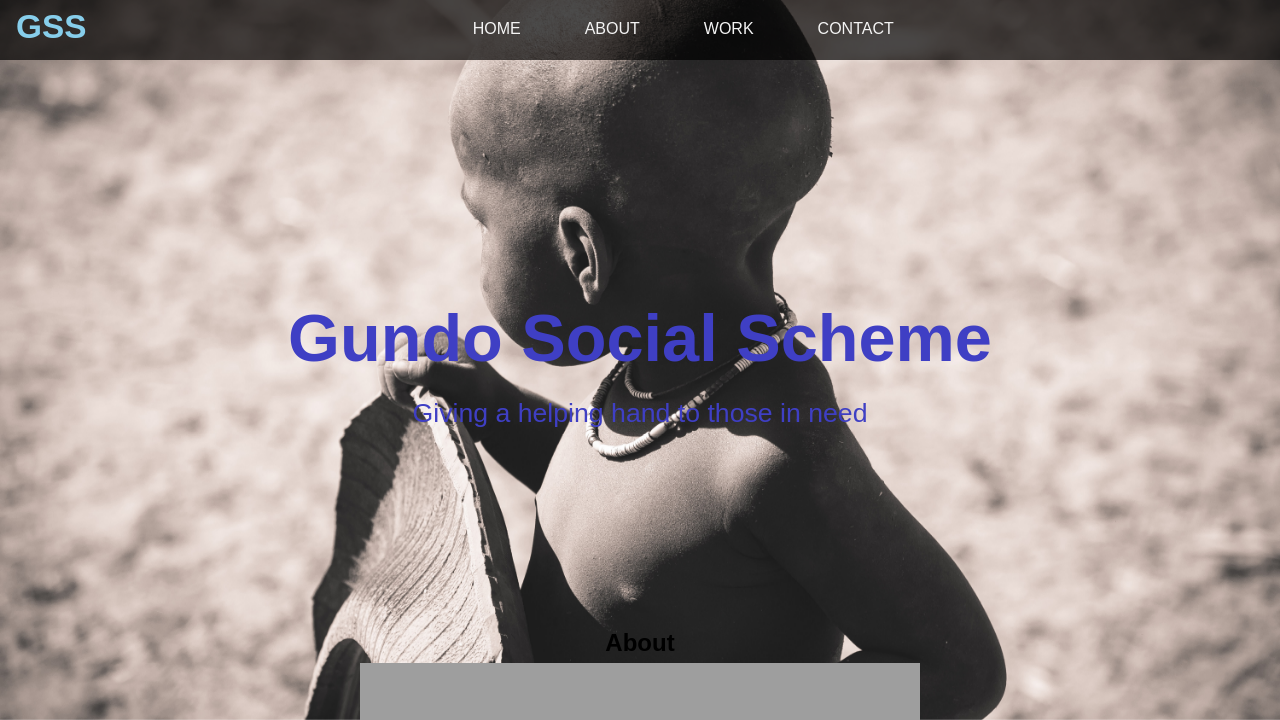
Repository: blessingNtoko/gss-basic_website
Page: index.html
These files come from the project's save history. The page is drawn as it stood at one moment and after the next save; the edit follows.
The browser window is 1280 px wide. The pictures show the whole page.
The pointer rests on the first visible `.navbar h1 a`.
Pictures or frames that could not be fetched are drawn as grey boxes. An inner scrolling area shows only its first screen.

Above is the page before, as saved 2020-05-13 00:02:52.

### index.html
<!DOCTYPE html>
<html lang="en">

<head>
    <meta charset="UTF-8">
    <meta name="viewport" content="width=device-width, initial-scale=1.0">
    <title>Gundo Social Scheme</title>
    <link rel="stylesheet" href="style.css">
</head>

<body>
    <div class="allContain">
        <nav class="navbar">
            <h1><a href="#home">GSS</a></h1>
            <ul>
                <li>
                    <a href="#home">Home</a>
                </li>
                <li>
                    <a href="#about">About</a>
                </li>
                <li>
                    <a href="#work">Work</a>
                </li>
                <li>
                    <a href="#contact">Contact</a>
                </li>
            </ul>
        </nav>

        <section id="home">
            <h1>Gundo Social Scheme</h1>
            <p>Giving a helping hand to those in need</p>

        </section>

        <section id="about">
            <div class="container">
                <h1>About</h1>
                <div class="row">
                    <div class="col">
                        <img src="assets/images/temp1.jpg" alt="About image">
                    </div>
                    <div class="col">
                        <p>
                            Lorem ipsum dolor sit amet consectetur adipisicing elit. Impedit cupiditate nisi tempora non qui blanditiis quas id. Quibusdam sit perferendis, in minus placeat facilis adipisci unde ducimus labore veniam soluta deserunt. Exercitationem repellat optio
                            minima praesentium maiores veniam quibusdam non explicabo deserunt aperiam inventore porro esse ratione, unde cupiditate accusantium debitis quod aliquid asperiores deleniti hic est? Soluta, facilis eveniet!
                        </p>
                    </div>
                </div>
                <div class="row">
                    <div class="col">
                        <p>
                            Lorem ipsum dolor sit amet consectetur, adipisicing elit. Vitae ut sapiente perferendis exercitationem eaque ipsum ad facere harum veritatis fugit placeat error odio quasi assumenda molestiae consequuntur nostrum temporibus, dicta perspiciatis sunt at
                            numquam non. Magnam possimus illum, dolorem cumque labore aut minima a, voluptates officiis, repellat rem voluptatum ad harum iusto at! Eligendi ab iste voluptatem nemo doloremque obcaecati?
                        </p>
                    </div>
                    <div class="col">
                        <img src="assets/images/temp2.jpg" alt="About image">
                    </div>
                </div>
            </div>
        </section>

        <div class="fixedScroll fixedScroll1">
            <div class="fixedText">
                <span class="border trans">
                    Image Two text
                </span>
            </div>
        </div>

        <section id="work">
            <div class="container">
                <div class="row">
                    <div class="col">
                        <img src="" alt="">
                    </div>
                    <div class="col">
                        <img src="" alt="">

                    </div>
                    <div class="col">
                        <img src="" alt="">

                    </div>

                    <div class="w-100"></div>

                    <div class="col">
                        <img src="" alt="">

                    </div>
                    <div class="col">
                        <img src="" alt="">

                    </div>
                    <div class="col">
                        <img src="" alt="">

                    </div>
                </div>
            </div>
        </section>

        <div class="fixedScroll fixedScroll2">
            <div class="fixedText">
                <span class="border trans">
                    Image Two text
                </span>
            </div>
        </div>

        <section id="contact">
            <div class="container">
                <div class="row">
                    <div class="col">

                    </div>
                </div>
            </div>
        </section>
    </div>

</body>

</html>

### style.css
* {
    margin: 0;
    padding: 0;
}

body {
    font-family: Arial, Helvetica, sans-serif;
    line-height: 1.6;
    height: 100vh;
    overflow: hidden;
}

.allContain {
    width: 100%;
    height: 100%;
    /* CSS smooth scroll properties */
    overflow-y: scroll;
    scroll-behavior: smooth;
    scroll-snap-type: y mandatory;
}

.navbar {
    position: fixed;
    top: 0;
    z-index: 1;
    display: flex;
    width: 100%;
    height: 60px;
    background: rgba(0, 0, 0, 0.7);
}

.navbar h1 {
    color: white;
    font-size: 25pt;
    margin-left: 1rem;
}

.navbar h1 a {
    text-decoration: none;
    text-transform: uppercase;
    color: #f4f4f4;
}

.navbar h1 a:hover {
    color: skyblue;
}

.navbar ul {
    display: flex;
    list-style: none;
    width: 100%;
    justify-content: center;
}

.navbar ul li {
    margin: 0 1rem;
    padding: 1rem;
}

.navbar ul li a {
    text-decoration: none;
    text-transform: uppercase;
    color: #f4f4f4;
}

.navbar ul li a:hover {
    color: skyblue;
}

section {
    display: flex;
    flex-direction: column;
    align-items: center;
    justify-content: center;
    text-align: center;
    width: 100%;
    height: 100vh;
    scroll-snap-align: center;
}

#home {
    background-image: url(assets/images/tempy4.jpg);
    background-position: center;
    background-repeat: no-repeat;
    background-size: cover;
    background-attachment: fixed;
    color: rgb(63, 63, 196);
}

#home h1 {
    font-size: 50pt;
}

#home p {
    font-size: 20pt;
}

#about {
    margin-top: 3rem;
}

#about img {
    text-align: center;
    width: 35rem;
    height: 25rem;
}

.fixedScroll {
    position: relative;
    opacity: 0.7;
    background-position: center;
    background-size: cover;
    background-repeat: no-repeat;
    background-attachment: fixed;
}

.fixedScroll1 {
    background-image: url(assets/images/tempy5.jpg);
    min-height: 400px;
}

.fixedScroll2 {
    background-image: url(assets/images/tempy6.jpg);
    min-height: 400px;
}

After the next save:
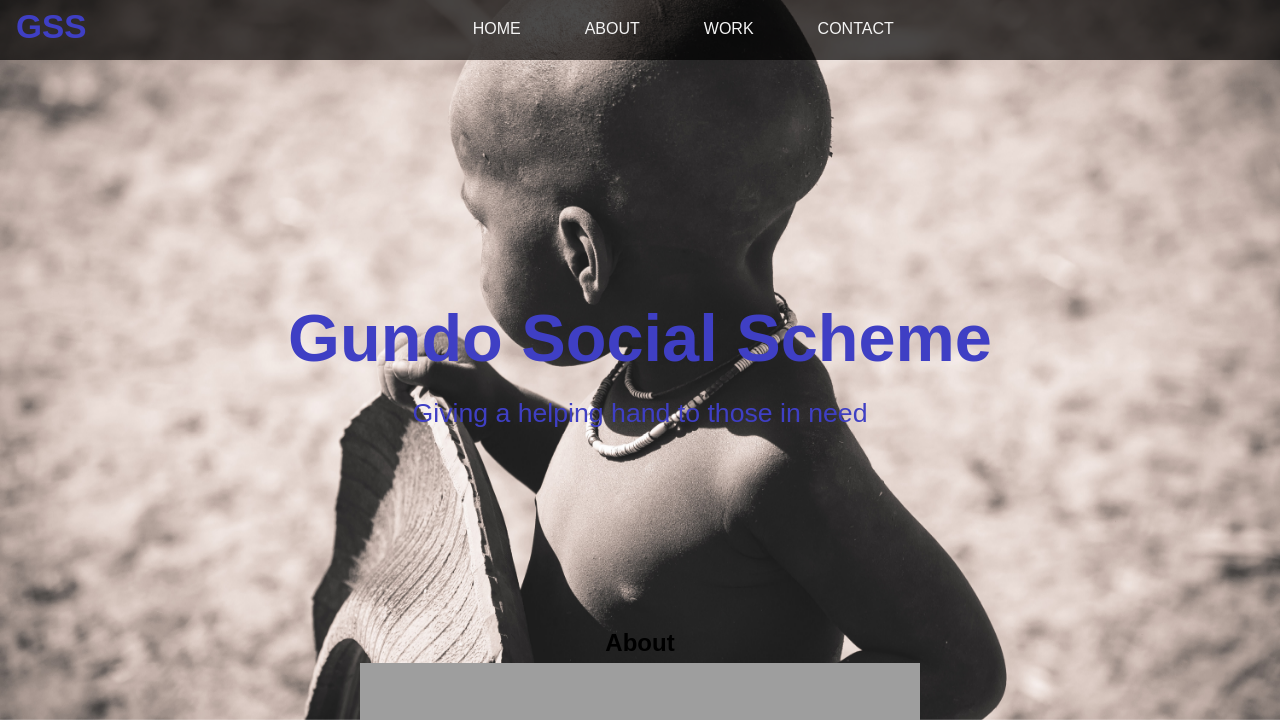
Saved 27 s later.
--- a/style.css
+++ b/style.css
@@ -42,7 +42,7 @@ body {
 }
 
 .navbar h1 a:hover {
-    color: skyblue;
+    color: rgb(63, 63, 196);
 }
 
 .navbar ul {
